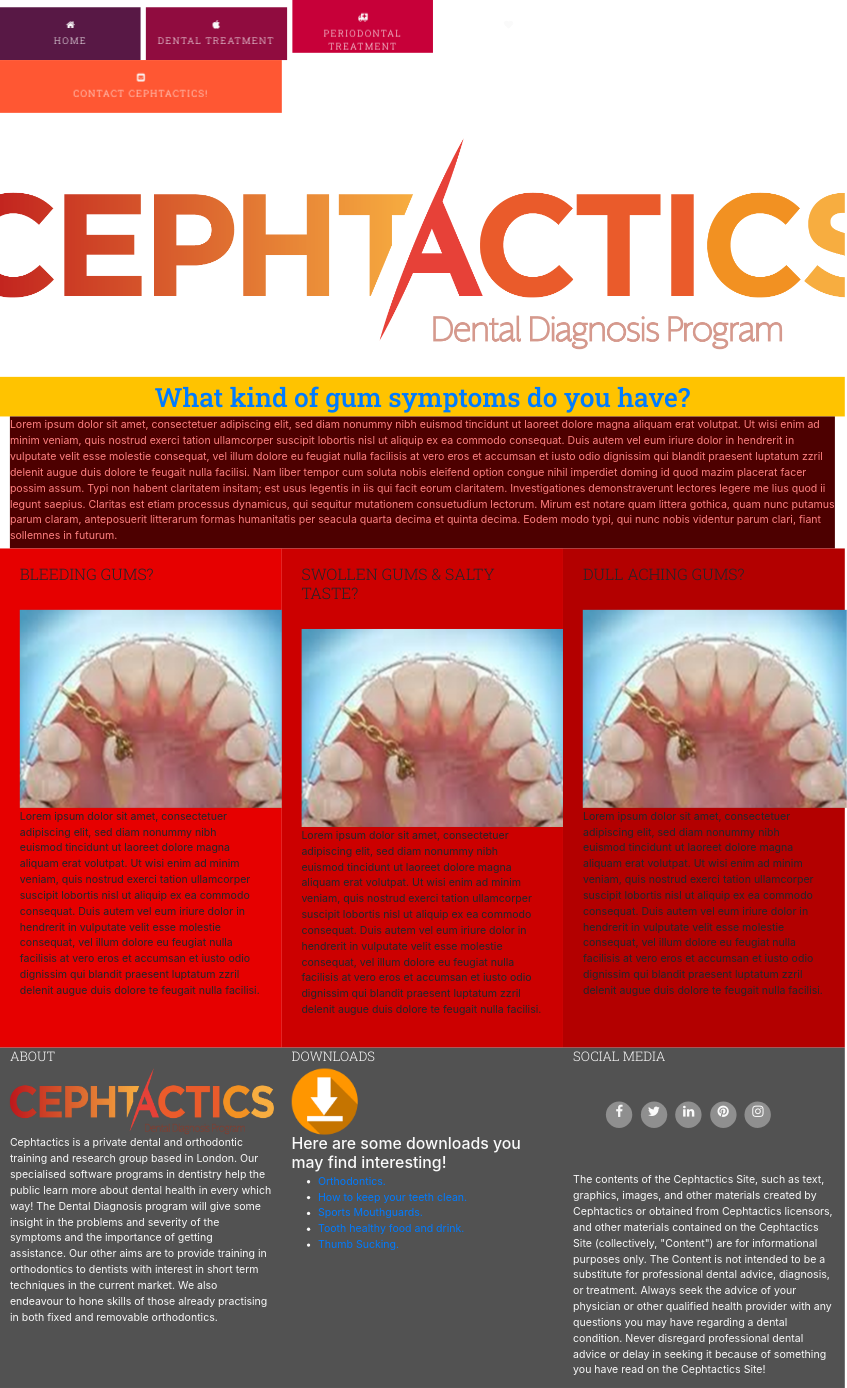
Repository: Code-Institute-Submissions/Rajjabbal-milestone-project
Page: 2periodontal.html
The author's editor kept a record of every edit. The page is drawn from the files as they stood at one moment, then again after the next edit.
The browser window is 1280 px wide. The page is 1283 px wide, so the pictures cover 1283 px, including what lies to the right of the window. The pictures show the whole page, at 66% of full size.
Some web libraries are served in a nearby version.

Above is the page before.

### 2periodontal.html
<!DOCTYPE html>
<html lang="en">

<head>
    <meta charset="UTF-8">
    <meta name="viewport" content="width=device-width, initial-scale=1.0">
    <meta http-equiv="X-UA-Compatible" content="ie=edge">
    <link rel="stylesheet" href="https://stackpath.bootstrapcdn.com/bootstrap/4.2.1/css/bootstrap.min.css" type="text/css" />
    <link rel="stylesheet" href="https://stackpath.bootstrapcdn.com/font-awesome/4.7.0/css/font-awesome.min.css" type="text/css" />
    <link rel="stylesheet" href="assets/css/style.css" type="text/css" />
    <link rel="stylesheet" href="https://cdnjs.cloudflare.com/ajax/libs/hover.css/2.3.1/css/hover-min.css" type="text/css" />
    <title>Milestone Project 1</title>
</head>

<body>
    <header>
        <div class="row no-gutters">
            <div class="col-md-12">
                <ul id="nav" class="list-inline menucontainer">
                    <li class="col-sm-2 ui-menu-color-home list-inline-item menuitem">
                        <a href="#" class="hvr-sweep-to-bottom"><i class="fa fa-home" aria-hidden="true"></i><span>Home</span>
                        </a>
                    </li>
                    <li class="col-sm-2 ui-menu-color-dental list-inline-item menuitem">
                        <a href="#" class="hvr-sweep-to-bottom"><i class="fa fa-apple" aria-hidden="true"></i><span>Dental Treatment</span>
                        </a>
                    </li>
                    <li class="col-sm-2 ui-menu-color-periodontal list-inline-item menuitem">
                        <a href="#" class="hvr-sweep-to-bottom"><i class="fa fa-ambulance" aria-hidden="true"></i><span>Periodontal Treatment</span>
                        </a>
                    </li>
                    <li class="col-sm-2 ui-menu-color-other list-inline-item menuitem">
                        <a href="#" class="hvr-sweep-to-bottom"><i class="fa fa-heart" aria-hidden="true"></i><span>Other Treatment</span>
                        </a>
                    </li>
                    <li class="col-sm-4 ui-menu-color-contact list-inline-item menuitem">
                        <a href="#" class="hvr-sweep-to-bottom"><i class="fa fa-envelope-square" aria-hidden="true"></i><span>Contact Cephtactics!</span>
                        </a>
                    </li>
                </ul>
            </div>
        </div>
        <div class="row no-gutters">
            <a href="index.html" class="col-md-12 logo"></a>
        </div>
        <div class="row no-gutters bg-color-question">
            <div class="col-md-12 question">
                <a href="question"> What kind of gum symptoms do you have?</a>
            </div>
        </div>

    </header>

    <section class="container-fluid">
        <div class="blurb">
            <p>Lorem ipsum dolor sit amet, consectetuer adipiscing elit, sed diam nonummy nibh euismod tincidunt ut laoreet dolore magna aliquam erat volutpat. Ut wisi enim ad minim veniam, quis nostrud exerci tation ullamcorper suscipit lobortis nisl ut
                aliquip ex ea commodo consequat. Duis autem vel eum iriure dolor in hendrerit in vulputate velit esse molestie consequat, vel illum dolore eu feugiat nulla facilisis at vero eros et accumsan et iusto odio dignissim qui blandit praesent
                luptatum zzril delenit augue duis dolore te feugait nulla facilisi. Nam liber tempor cum soluta nobis eleifend option congue nihil imperdiet doming id quod mazim placerat facer possim assum. Typi non habent claritatem insitam; est usus
                legentis in iis qui facit eorum claritatem. Investigationes demonstraverunt lectores legere me lius quod ii legunt saepius. Claritas est etiam processus dynamicus, qui sequitur mutationem consuetudium lectorum. Mirum est notare quam littera
                gothica, quam nunc putamus parum claram, anteposuerit litterarum formas humanitatis per seacula quarta decima et quinta decima. Eodem modo typi, qui nunc nobis videntur parum clari, fiant sollemnes in futurum.
            </p>
        </div>

        <div class="row">
            <div class="col-md-4 bg-color-dental section-column">
                <h4 class="section-heading uppercase">Bleeding gums?</h4>
                <img src="./assets/images/Image.png" alt="Italian Trulli" style="width:400px; height:300px;">
                <p class="inline-block">Lorem ipsum dolor sit amet, consectetuer adipiscing elit, sed diam nonummy nibh euismod tincidunt ut laoreet dolore magna aliquam erat volutpat. Ut wisi enim ad minim veniam, quis nostrud exerci tation ullamcorper suscipit lobortis nisl
                    ut aliquip ex ea commodo consequat. Duis autem vel eum iriure dolor in hendrerit in vulputate velit esse molestie consequat, vel illum dolore eu feugiat nulla facilisis at vero eros et accumsan et iusto odio dignissim qui blandit praesent
                    luptatum zzril delenit augue duis dolore te feugait nulla facilisi.</p>
            </div>
            <div class="col-md-4 bg-color-periodontal section-column">
                <h4 class="section-heading uppercase">Swollen gums & salty taste?</h4>
                <img src="./assets/images/Image.png" alt="Italian Trulli" style="width:400px; height:300px;">
                <p class="inline-block">Lorem ipsum dolor sit amet, consectetuer adipiscing elit, sed diam nonummy nibh euismod tincidunt ut laoreet dolore magna aliquam erat volutpat. Ut wisi enim ad minim veniam, quis nostrud exerci tation ullamcorper suscipit lobortis nisl
                    ut aliquip ex ea commodo consequat. Duis autem vel eum iriure dolor in hendrerit in vulputate velit esse molestie consequat, vel illum dolore eu feugiat nulla facilisis at vero eros et accumsan et iusto odio dignissim qui blandit praesent
                    luptatum zzril delenit augue duis dolore te feugait nulla facilisi.</p>
            </div>
            <div class="col-md-4 bg-color-other section-column">
                <h4 class="section-heading uppercase">Dull aching gums?</h4>
                <img src="./assets/images/Image.png" alt="Italian Trulli" style="width:400px; height:300px;">
                <p class="inline-block">Lorem ipsum dolor sit amet, consectetuer adipiscing elit, sed diam nonummy nibh euismod tincidunt ut laoreet dolore magna aliquam erat volutpat. Ut wisi enim ad minim veniam, quis nostrud exerci tation ullamcorper suscipit lobortis nisl
                    ut aliquip ex ea commodo consequat. Duis autem vel eum iriure dolor in hendrerit in vulputate velit esse molestie consequat, vel illum dolore eu feugiat nulla facilisis at vero eros et accumsan et iusto odio dignissim qui blandit praesent
                    luptatum zzril delenit augue duis dolore te feugait nulla facilisi.</p>
            </div>
        </div>

    </section>

    <footer class="container-fluid">
        <div class="row">
            <div class="col-sm-4">
                <h5 class="uppercase general-sub">About</h5>
                <img src="./assets/images/CEP-Logo DENTAL.png" alt="Italian Trulli" style="width:400px; height:100px;">
                <p class="inline-block">
                    Cephtactics is a private dental and orthodontic training and research group based in London. Our specialised software programs in dentistry help the public learn more about dental health in every which way! The Dental Diagnosis program will give some
                    insight in the problems and severity of the symptoms and the importance of getting assistance. Our other aims are to provide training in orthodontics to dentists with interest in short term techniques in the current market. We also
                    endeavour to hone skills of those already practising in both fixed and removable orthodontics.
                </p>
            </div>
            <div class="col-sm-4">
                <h5 class="uppercase general-sub">Downloads</h5>
                <img src="./assets/images/Download.jpg" alt="Italian Trulli" style="width:100px; height:100px;">
                <h4 class="download">Here are some downloads you may find interesting!
                </h4>
                <ul class="inline-block">
                    <li>
                        <a href="https://view.publitas.com/british-orthodontic-society/orthotreatmentfebruary2019/page/1" target="_blank" class="link1">
                        <span>Orthodontics.</span>
                    </a>
                    </li>
                    <li>
                        <a href="https://view.publitas.com/british-orthodontic-society/oralhealthmarch2019/page/1" target="_blank" class="link2">
                        <span>How to keep your teeth clean.</span>
                    </a>
                    </li>
                    <li>
                        <a href="https://view.publitas.com/british-orthodontic-society/mouthguardsmarch2019/page/1" target="_blank" class="link3">
                        <span>Sports Mouthguards.</span>
                    </a>
                    </li>
                    <li>
                        <a href="https://view.publitas.com/british-orthodontic-society/food-and-drinkmarch2019/page/1" target="_blank" class="link4">
                        <span>Tooth healthy food and drink.</span>
                    </a>
                    </li>
                    <li>
                        <a href="https://view.publitas.com/british-orthodontic-society/digitsmarch2019/page/1" target="_blank" class="link5">
                        <span>Thumb Sucking.</span>
                    </a>
                    </li>
                </ul>
            </div>
            <div class="col-sm-4">
                <h5 class="uppercase general-sub">Social Media</h5>
                <ul class="list-inline social-links">
                    <li class="list-inline-item">
                        <a target="_blank" href="#">
                            <i class="fa fa-facebook" aria-hidden="true"></i>
                            <span class="sr-only">Facebook</span>
                        </a>
                    </li>
                    <li class="list-inline-item">
                        <a target="_blank" href="#">
                            <i class="fa fa-twitter" aria-hidden="true"></i>
                            <span class="sr-only">Twitter</span>
                        </a>
                    </li>
                    <li class="list-inline-item">
                        <a target="_blank" href="#">
                            <i class="fa fa-linkedin" aria-hidden="true"></i>
                            <span class="sr-only">Linkedin</span>
                        </a>
                    </li>
                    <li class="list-inline-item">
                        <a target="_blank" href="#">
                            <i class="fa fa-pinterest" aria-hidden="true"></i>
                            <span class="sr-only">Pinterest</span>
                        </a>
                    </li>
                    <li class="list-inline-item">
                        <a target="_blank" href="#">
                            <i class="fa fa-instagram" aria-hidden="true"></i>
                            <span class="sr-only">Instagram</span>
                        </a>
                    </li>
                </ul>
                <p class="inline-block">The contents of the Cephtactics Site, such as text, graphics, images, and other materials created by Cephtactics or obtained from Cephtactics licensors, and other materials contained on the Cephtactics Site (collectively, "Content") are
                    for informational purposes only. The Content is not intended to be a substitute for professional dental advice, diagnosis, or treatment. Always seek the advice of your physician or other qualified health provider with any questions
                    you may have regarding a dental condition. Never disregard professional dental advice or delay in seeking it because of something you have read on the Cephtactics Site!</p>
            </div>

        </div>

    </footer>

</body>

</html>

### assets/css/style.css
@import url('https://fonts.googleapis.com/css?family=Roboto+Slab:100,200,300,400,500,600,700');

/*-----colors-----*/

.bg-color-question {
    background-color: #FFC300;

}

.ui-menu-color-home {
    background-color: RGB(88, 24, 69);
}

.ui-menu-color-dental {
    background-color: RGB(144, 12, 63);
}

.ui-menu-color-periodontal {
    background-color: RGB(199, 0, 57);
}

.ui-menu-color-contact {
    background-color: RGB(255, 87, 51);
}

.ui-menu-color-statement {
    background-color: RGB(23, 32, 42);
}

.bg-color-dental {
    background-color: #e60000;
}
.bg-color-periodontal {
    background-color: #cc0000;
}
.bg-color-other {
    background-color: #b30000;
}

/*-----Special paddings/margins/text-----*/

h1,
h2,
h3,
h4 {
    margin: 0;
}

.uppercase {
    text-transform: uppercase;

}

.general-sub {
    font-family: "Roboto Slab", sans-serif;
    font-weight: 300;
    color: #fafafa;
}

.inline-block {
    display: inline-block;
}

.row-table {
    display: table;
}

.section-column {
    display: table-cell;
    padding: 0 30px 30px;
    float: none;
}

.section-heading {
    font-family: "Roboto Slab", sans-serif;
    font-weight: 300;
    margin-top: 25px;
    margin-bottom: 40px;
}

/*-----heading-----*/

header {
    margin: 0px;
}

.list-inline-item:not(:last-child) {
    max-height: 80px;

}

.menucontainer {
    font-size: 0;

}

#nav {
    margin: 0;
}

#nav li {
    font-size: 14px;
    font-family: "Roboto Slab", sans-serif;
    color: #DAF7A6;
    padding: 0;
}

.menuitem {
    height: 80px;
    text-align: center;
}

.menuitem a {
    width: 100%;
    text-decoration: none;
    color: #fff;
}

.menuitem a i {
    padding-top: 20px;
    display: block;
    color: #fafafa;
}

.menuitem span {
    display: block;
    width: 100%;
    padding-top: 5px;
    text-align: center;
    text-transform: uppercase;
    font-size: 14px;
    font-weight: 300;
    letter-spacing: 2px;
}

.logo {
    background: url("../images/CEP-Logo DENTAL.png");
    background-position: center;
    background-repeat: no-repeat;
    background-size: 1400px;
    min-height: 400px;
    padding: 0px;
    transition: all .5s ease-in-out;
    -moz-transition: all .5s ease-in-out;
    -webkit-transition: all .5s ease-in-out;
}

.picture {
    background: url("../images/BK.jpg");
    background-position: center;
    background-repeat: no-repeat;
    background-size: cover;
    min-height: 240px;
    transition: all .5s ease-in-out;
    -moz-transition: .5s ease-in-out;
    -webkit-transition: .5s ease-in-out;
}

.question {
    font-family: "Roboto Slab", sans-serif;
    font-weight: 500;
    font-size: 40px;
    margin: 0px;
    color: #ffffff;
    text-align: center;
}

/*-----hover.css-----*/

.hvr-sweep-to-bottom:before {
    background: rgba(0, 0, 0, 1);
    height: 80px;
}

/*-----section-----*/

.blurb {
    background-color: #4d0000;
    min-height: 200px;
    padding: 0;
    color: #ff8080;
}




/*-----footer-----*/

footer {
    background-color: #525252;
    color: #fafafa;
    min-height: 180px;
    margin: 0;
}

.social-links {
    padding: 50px;
}

.social-links li a i {
    width: 40px;
    height: 40px;
    padding: 12px 0;
    border-radius: 50%;
    font-size: 20px;
    line-height: 7px;
    text-align: center;
    color: #fafafa;
    background: #8f8f8f;
    transition: all 0.35s ease-in-out;
    -moz-transition: all 0.35s ease-in-out;
    -webkit-transition: all 0.35s ease-in-out;
    -o-transition: all 0.35s ease-in-out;
}

.social-links li a i:hover {
    background: #e84610;
}

#footer-details {
    padding: 20px;
}

After the next edit:
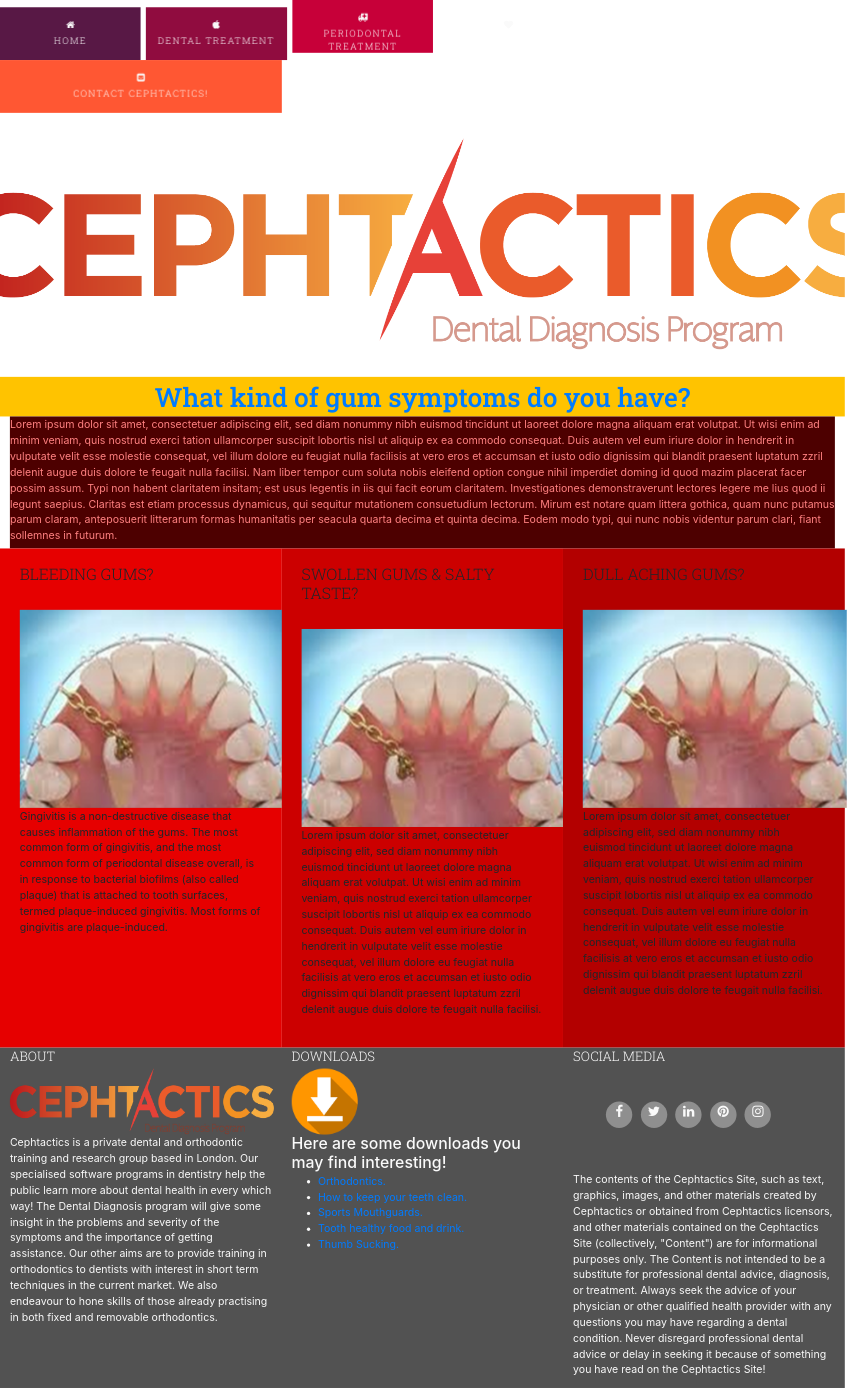
The edit:
--- a/2periodontal.html
+++ b/2periodontal.html
@@ -65,9 +65,8 @@
             <div class="col-md-4 bg-color-dental section-column">
                 <h4 class="section-heading uppercase">Bleeding gums?</h4>
                 <img src="./assets/images/Image.png" alt="Italian Trulli" style="width:400px; height:300px;">
-                <p class="inline-block">Lorem ipsum dolor sit amet, consectetuer adipiscing elit, sed diam nonummy nibh euismod tincidunt ut laoreet dolore magna aliquam erat volutpat. Ut wisi enim ad minim veniam, quis nostrud exerci tation ullamcorper suscipit lobortis nisl
-                    ut aliquip ex ea commodo consequat. Duis autem vel eum iriure dolor in hendrerit in vulputate velit esse molestie consequat, vel illum dolore eu feugiat nulla facilisis at vero eros et accumsan et iusto odio dignissim qui blandit praesent
-                    luptatum zzril delenit augue duis dolore te feugait nulla facilisi.</p>
+                <p class="inline-block">Gingivitis is a non-destructive disease that causes inflammation of the gums. The most common form of gingivitis, and the most common form of periodontal disease overall, is in response to bacterial biofilms (also called plaque) that
+                    is attached to tooth surfaces, termed plaque-induced gingivitis. Most forms of gingivitis are plaque-induced.</p>
             </div>
             <div class="col-md-4 bg-color-periodontal section-column">
                 <h4 class="section-heading uppercase">Swollen gums & salty taste?</h4>
